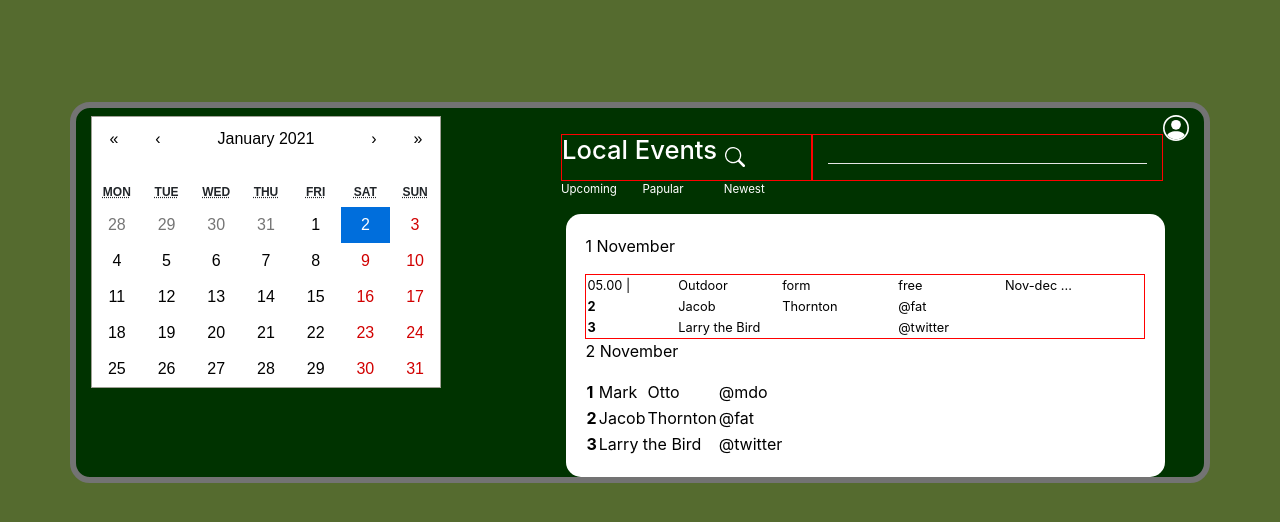
Repository: lalji-yadav/Calendar-code
Page: /
The author's editor kept a copy of each file at every save. The page is drawn from the files as they stood at one save, then again after the next save.
The browser window is 1280 px wide. The pictures show the whole page.
The project was rebuilt for these pictures with package versions that can differ from the ones it lists, and the page was loaded fresh each time. Also part of the build but not shown: src/App.css.

Above is the page before, as saved 2021-01-04 10:55:01.

After the next save:
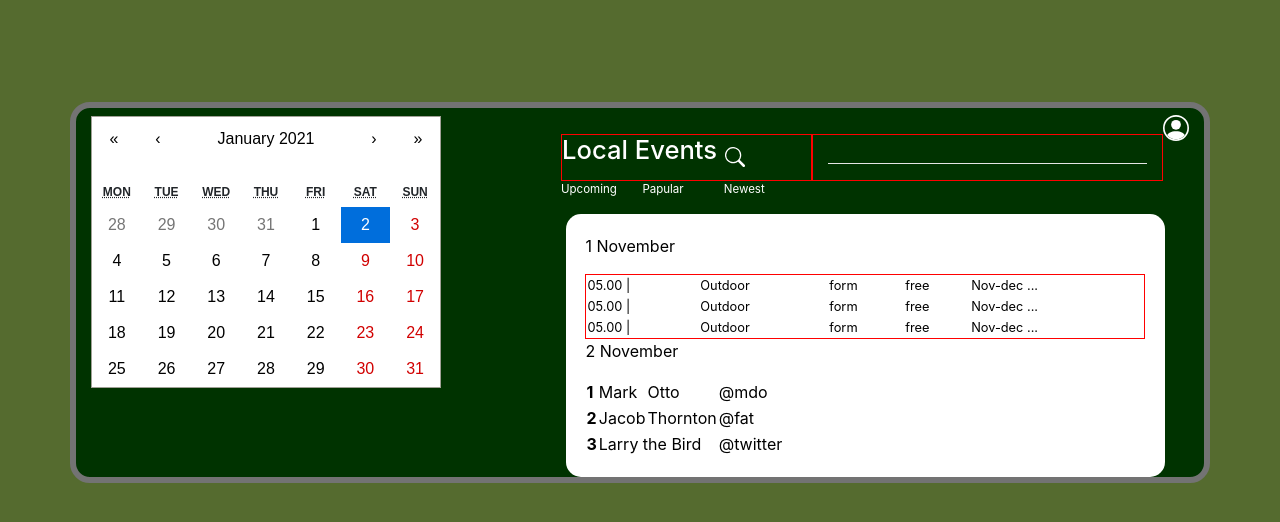
Saved 28 s later.
--- a/src/calendar/Home.js
+++ b/src/calendar/Home.js
@@ -66,15 +66,18 @@ function Home() {
                         <td>Nov-dec ...</td>
                       </tr>
                       <tr>
-                        <th scope="row">2</th>
-                        <td>Jacob</td>
-                        <td>Thornton</td>
-                        <td>@fat</td>
+                        <td>05.00 |</td>
+                        <td>Outdoor</td>
+                        <td>form</td>
+                        <td>free</td>
+                        <td>Nov-dec ...</td>
                       </tr>
                       <tr>
-                        <th scope="row">3</th>
-                        <td colspan="2">Larry the Bird</td>
-                        <td>@twitter</td>
+                        <td>05.00 |</td>
+                        <td>Outdoor</td>
+                        <td>form</td>
+                        <td>free</td>
+                        <td>Nov-dec ...</td>
                       </tr>
                     </tbody>
                   </table>
